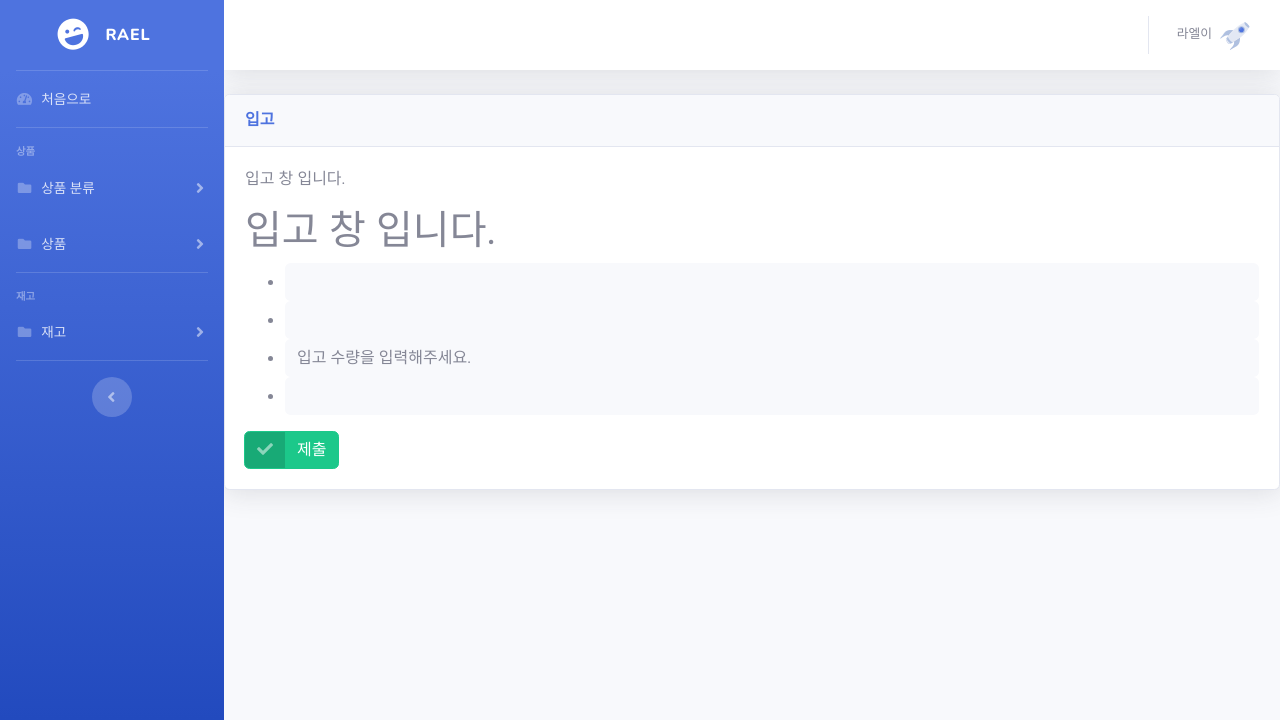
Repository: sww232/springRaelProject
Page: http://localhost/rael/WEB-INF/views/stock/stock_in.jsp
These files come from the project's save history. The page is drawn as it stood at one moment and after a run of saves; the edit follows.
The browser window is 1280 px wide. The pictures show the whole page.
The page is served by Tomcat 9. Nobody is signed in. The template is opened directly, without the code that normally fills it, so the values that code supplies are empty.

Above is the page before, as saved 2022-10-10 13:39:58.

After the next 2 saves:
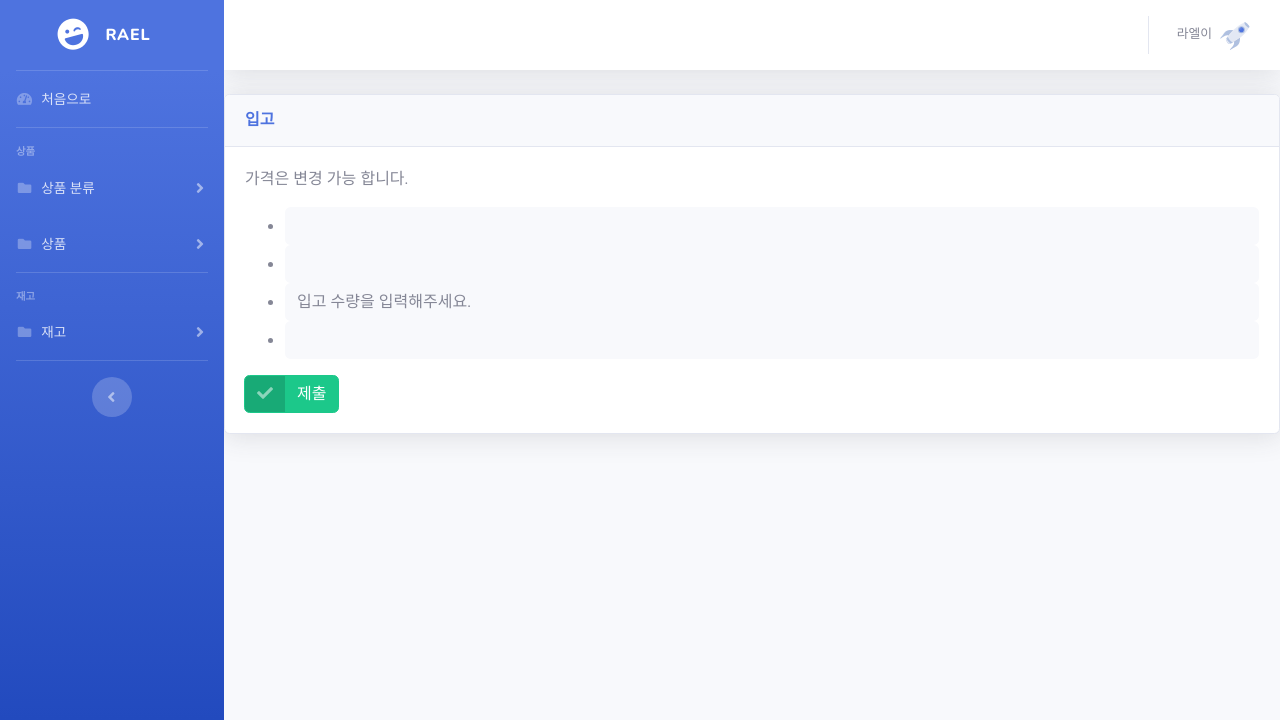
The 2 saves are shown as one change because they came seconds apart.
The last was saved 19 s later.
--- a/raelproject3/rael/src/main/webapp/WEB-INF/views/stock/stock_in.jsp
+++ b/raelproject3/rael/src/main/webapp/WEB-INF/views/stock/stock_in.jsp
@@ -257,8 +257,7 @@
 						<h6 class="m-0 font-weight-bold text-primary">입고</h6>
 					</div>
 					<div class="card-body">
-						<p>입고 창 입니다.
-	<h1>입고 창 입니다.</h1>
+						<p>가격은 변경 가능 합니다.
 	<form action='/stock/stock_in/INSERT' method="post">
 		<input type='hidden' name='stock state' value='입' readonly>
 		<div>
